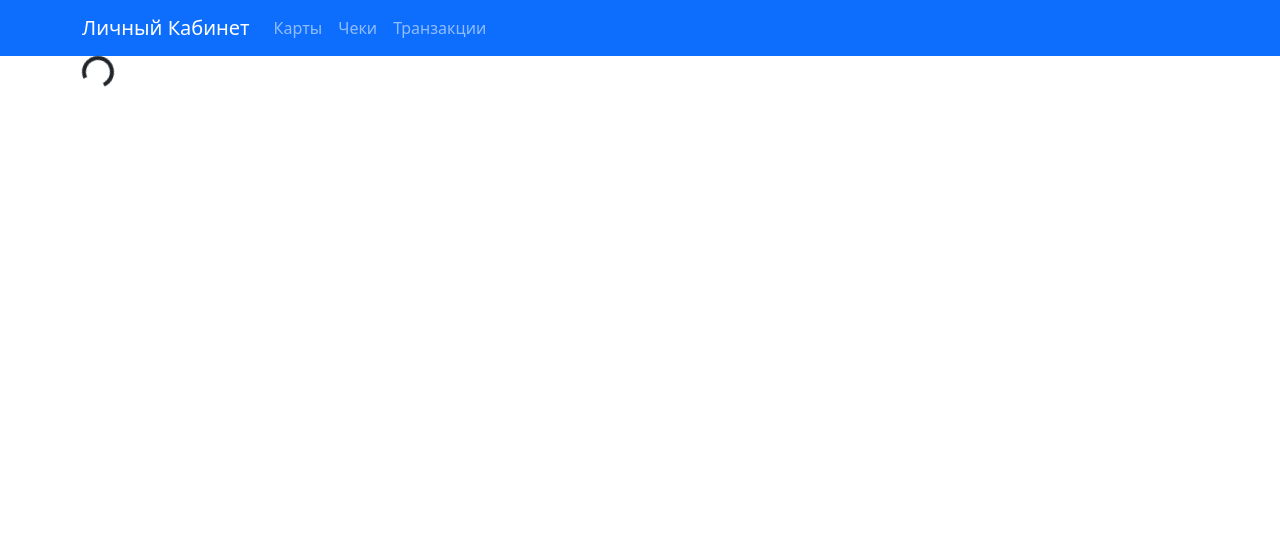
Repository: PGVlasov/cardTask
Page: /
These files come from the project's save history. The page is drawn as it stood at one moment and after the next save; the edit follows.
The browser window is 1280 px wide. The pictures show the whole page.
The page's requests for data from a server got no answer. The project was rebuilt for these pictures with package versions that can differ from the ones it lists, and the page was loaded fresh each time. No one was signed in, and anything a server would have sent is missing. Also part of the build but not shown: src/components/cards/CardItem.js, src/pages/CheckPage.js, src/pages/TransactionsPage.js, src/components/cards/CardComponent.js, src/pages/CardPage.js.

Above is the page before, as saved 2022-06-04 12:15:02.

### src/App.js
import "bootstrap/dist/css/bootstrap.min.css";
import { BrowserRouter, Routes, Route } from "react-router-dom";
import { Provider } from "react-redux";
import store from "./store";
import { NavMenu } from "./components/NavMenu";
import { CardListPage } from "./pages/CardListPage";
import { CheckPage } from "./pages/CheckPage";
import { TransactionPage } from "./pages/TransactionsPage";
import { CardPage } from "./pages/CardPage";

function App() {
  return (
    <Provider store={store}>
      <BrowserRouter>
        <NavMenu />
        <div className="container">
          <Routes>
            <Route element={<CardListPage />} path="/" />
            <Route element={<CardPage />} path="/cardPage/:id" />
            <Route element={<CheckPage />} path="/checks" />
            <Route element={<TransactionPage />} path="/transactions" />
          </Routes>
        </div>
      </BrowserRouter>
    </Provider>
  );
}

export default App;

### src/store/index.js
import { createStore, combineReducers, applyMiddleware } from "redux";
import thunk from "redux-thunk";
import { cardsReducer } from "./reducers";

const rootReducer = combineReducers({
  cards: cardsReducer,
});

export default createStore(rootReducer, applyMiddleware(thunk));

### src/components/NavMenu.js
import { Navbar, Container, Nav } from "react-bootstrap";

export const NavMenu = () => {
  return (
    <>
      <Navbar bg="primary" variant="dark">
        <Container>
          <Navbar.Brand href="/">Личный Кабинет</Navbar.Brand>
          <Nav className="me-auto">
            <Nav.Link href="/">Карты</Nav.Link>
            <Nav.Link href="/checks">Чеки</Nav.Link>
            <Nav.Link href="/transactions">Транзакции</Nav.Link>
          </Nav>
        </Container>
      </Navbar>
    </>
  );
};

### src/pages/CardListPage.js
import { CardList } from "../components/cards/CardList";

export const CardListPage = () => {
  return <CardList />;
};

### src/store/reducers/index.js
export * from "./cardsReducer";

### src/components/cards/CardList.js
import { useEffect } from "react";
import { useDispatch, useSelector } from "react-redux";
import { loadCards } from "../../store/actions/cards";
import { Loader } from "../Loader";
import { CadrItem } from "./CardItem";

export const CardList = () => {
  const dispatch = useDispatch();

  useEffect(() => {
    dispatch(loadCards());
  }, [dispatch]);

  const cards = useSelector((state) => state.cards.allCards);

  if (cards.length === 0) {
    return <Loader />;
  }

  return (
    <div className="mt-4 mb-2">
      <ul>
        {cards.map((card) => {
          return <CadrItem card={card} key={card.uuid} />;
        })}
      </ul>
    </div>
  );
};

### src/store/reducers/cardsReducer.js
import { LOAD_CARDS } from "../types";

const initialState = { allCards: [] };

export const cardsReducer = (state = initialState, action) => {
  switch (action.type) {
    case LOAD_CARDS:
      return { ...state, allCards: action.payload };
    default:
      return state;
  }
};

### src/store/actions/cards.js
import axios from "axios";
import { LOAD_CARDS } from "../types";

export const loadCards = () => async (dispatch) => {
  try {
    const apiUrl =
      "https://shrouded-tundra-02503.herokuapp.com/https://bonus.evotor.tech/api/3rdparty/card";
    const { data: allCards } = await axios.get(apiUrl, {
      headers: {
        Authorization: "b7d5ea70-5290-4d3c-9dd0-722d74ef9960",
      },
    });
    dispatch({ type: LOAD_CARDS, payload: allCards });
    console.log(allCards);
  } catch (err) {
    console.error(err);
  }
};

### src/components/Loader.js
import { Spinner } from "react-bootstrap";

export const Loader = () => {
  return (
    <Spinner animation="border" role="status">
      <span className="visually-hidden">Loading...</span>
    </Spinner>
  );
};

### src/store/types.js
export const LOAD_CARDS = "LOAD_CARDS";

Loaded but not shown: public/index.html (common file); src/index.js (common file); src/index.css (common file); src/reportWebVitals.js (common file)

After the next save:
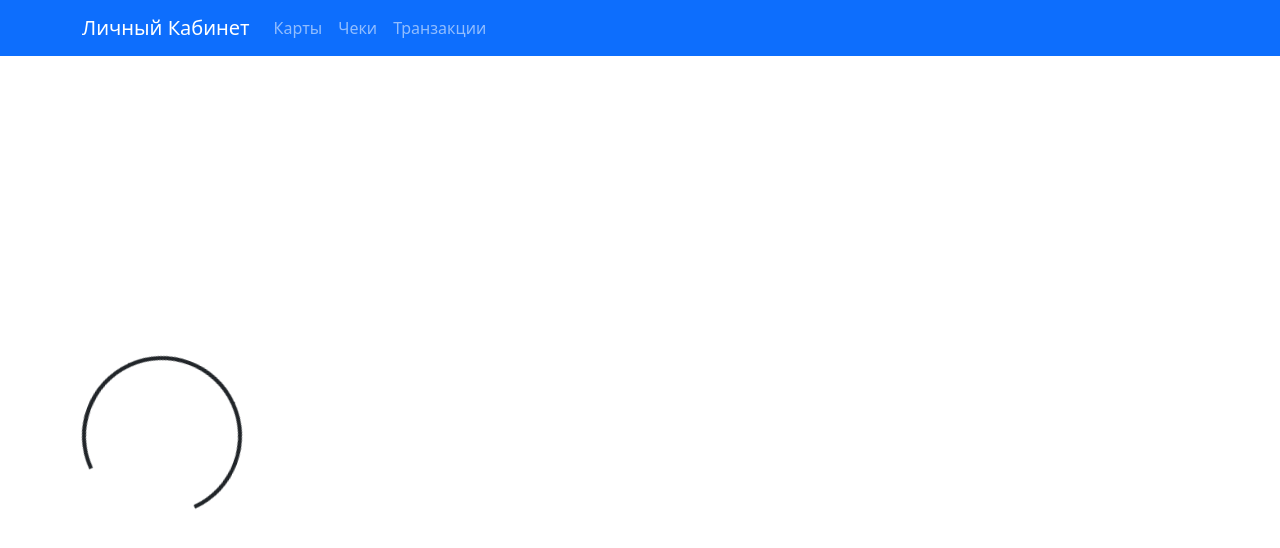
Saved 91 s later.
--- a/src/components/Loader.js
+++ b/src/components/Loader.js
@@ -2,7 +2,11 @@ import { Spinner } from "react-bootstrap";
 
 export const Loader = () => {
   return (
-    <Spinner animation="border" role="status">
+    <Spinner
+      animation="border"
+      role="status"
+      style={{ width: "10rem", height: "10rem", marginTop: "300px" }}
+    >
       <span className="visually-hidden">Loading...</span>
     </Spinner>
   );
